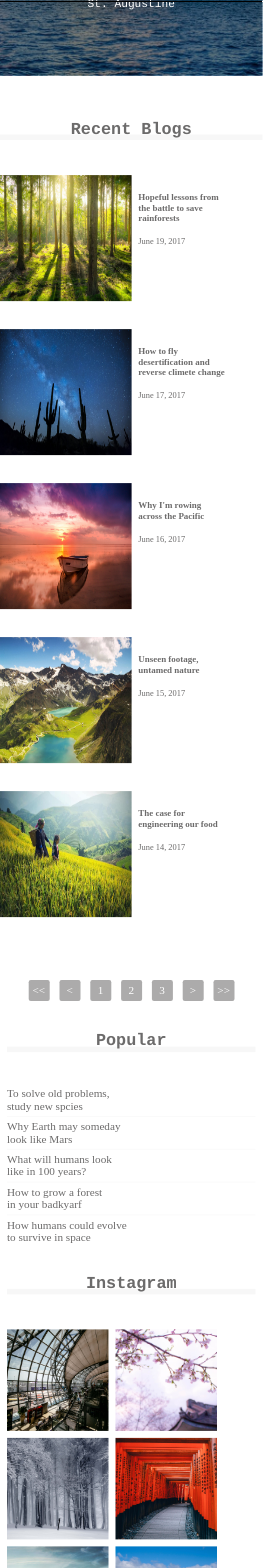
Repository: tkikokiko/webcamp-practice
Page: caravan/index.html
The author's editor kept a record of every edit. The page is drawn from the files as they stood at one moment, then again after the next edit.
The browser window is 375 px wide. The pictures show the part of the page from y = 363 to 2603 px (the page is 3282 px tall before and 3292 px after), at 70% of full size.
Some web libraries are served in a nearby version.

Above is the page before.

### caravan/index.html

<!DOCTYPE html>
<html lang="ja">
  <head>
    <meta charset="UTF-8" />
    <meta name="viewport" content="width=device-width,initial-scale=1.0">
    <script src="https://kit.fontawesome.com/1608ab2236.js" crossorigin="anonymous"></script>
    <link rel="stylesheet" href="style.css" />
    <title>CARAVAN</title>
  </head>

  <body>

    <header>
      <h1 class="heading">
        <a href="index.html">
          CARAVAN
        </a>
      </h1>

      <div class="social">
        <i class="fab fa-facebook-square"></i>
        <i class="fab fa-twitter-square"></i>
        <i class="fab fa-instagram"></i>
      </div>
    </header>

    <nav>
      <ul class="nav-list">
        <li class="nav-list-item">
          <a href="index.html">Home</a>
        </li>
        <li class="nav-list-item">About</li>
        <li class="nav-list-item">Topic</li>
      </ul>
    </nav>

    <div class="main-visual">
      <div class="main-visual-content">
        <p class="main-visual-text">
          The world is a book <br />
          and those who do not travel <br />
          read only one page.
        </p>
        <p class="main-visual-name">
          St. Augustine
        </p>
      </div>
    </div>

    <main>
      <section class="blog">
        <h2 class="blog-heading">Recent Blogs</h2>
        <div class="blog-box">
          <div class="blog-item">
            <img class="blog-image" src="img/forest.jpg">
            <section class="blog-text">
              <h3 class="blog-text-heading">
                <a href="single.html">
                  Hopeful lessons from <br>
                  the battle to save <br>
                  rainforests
                </a>
              </h3>
              <p class="blog-date">June 19, 2017</p>
              <span class="category">Nature</span>
            </section>
          </div>

          <div class="blog-item">
            <img class="blog-image" src="img/desert.jpg">
            <section class="blog-text">
              <h3 class="blog-text-heading">
                <a href="single.html">
                  How to fly <br>
                  desertification and <br>
                  reverse climete change
                </a>
              </h3>
              <p class="blog-date">June 17, 2017</p>
              <span class="category">Nature</span>
            </section>
          </div>

          <div class="blog-item">
            <img class="blog-image" src="img/sunset.jpg">
            <section class="blog-text">
              <h3 class="blog-text-heading">
                <a href="single.html">
                  Why I'm rowing <br>
                  across the Pacific
                </a>
              </h3>
              <p class="blog-date">June 16, 2017</p>
              <span class="category">Adventure</span>
            </section>
          </div>

          <div class="blog-item">
            <img class="blog-image" src="img/italy.jpg">
            <section class="blog-text">
              <h3 class="blog-text-heading">
                <a href="single.html">
                  Unseen footage, <br>
                  untamed nature
                </a>
              </h3>
              <p class="blog-date">June 15, 2017</p>
              <span class="category">Nature</span>
            </section>
          </div>

          <div class="blog-item">
            <img class="blog-image" src="img/asia.jpg">
            <section class="blog-text">
              <h3 class="blog-text-heading">
                <a href="single.html">
                  The case for <br>
                  engineering our food
                </a>
              </h3>
              <p class="blog-date">June 14, 2017</p>
              <span class="category">Culture</span>
            </section>
          </div>
        </div>

        <div class="pagination">
          <p><<</p>
          <p><</p>
          <p>1</p>
          <p>2</p>
          <p>3</p>
          <p>></p>
          <p>>></p>
        </div>
      </section>

      <div class="sidebar">
        <section class="popular">
          <h2 class="sidebar-heading common-heading">Popular</h2>
          <div class="sidebar-contents">
            <p class="popular-text">To solve old problems, <br>study new spcies</p>
            <p class="popular-text">Why Earth may someday <br>look like Mars</p>
            <p class="popular-text">What will humans look <br>like in 100 years?</p>
            <p class="popular-text">How to grow a forest <br>in your badkyarf</p>
            <p class="popular-text">How humans could evolve <br>to survive in space</p>
          </div>
        </section>

        <section class="instagram">
          <h2 class="instagram-heading common-heading">Instagram</h2>
          <div class="sidebar-contents">
            <div class="instagram-box"></div>
            <div class="instagram-box"></div>
            <div class="instagram-box"></div>
            <div class="instagram-box"></div>
            <div class="instagram-box"></div>
            <div class="instagram-box"></div>
          </div>
        </section>
        <section class="categories">
          <h2 class="categories-heading common-heading">Categories</h2>
          <div class="sidebar-contents">
            <p class="categories-text">Technology(15)</p>
            <p class="categories-text">Business(23)</p>
            <p class="categories-text">Entertainment(12)</p>
            <p class="categories-text">Nature(32)</p>
            <p class="categories-text">Education(9)</p>
            <p class="categories-text">Adventure(23)</p>
            <p class="categories-text">Communication(14)</p>
          </div>
        </section>
      </div>
    </main>

    <footer>
      <p class="footer-text">© All rights reserved by Infratop.Inc.</p>
    </footer>

  </body>

</html>

### caravan/style.css
/*ブラウザがそれぞれ持っているCSSをリセットするための記述*/
* {
  margin: 0;
  padding: 0;
  box-sizing: border-box;
  color: #6c6b6b;
}

a {
  text-decoration: none;
}

header, nav, h2, .main-visual, footer {
  font-family: Chalkduster, "Bradley Hand", Courier, "Segoe Print", sans-serif;
}

header {
  width: 90%;
  padding: 15px 0;
  margin: 0 auto;
  text-align: center;
  position: relative;
}

.social {
  position: absolute;
  top: 22px;
  right: 22px;
}

.social i {
  display: inline-block;
  margin-left: 20px;
}

header .heading {
  font-size: 32px;
}

.nav-list {
  text-align: center;
  padding :10px 0;
  margin: 0 auto;
}

.nav-list-item {
  list-style: none;
  display: inline-block;
  margin: 0 20px;
}

.main-visual {
  width: 100%;
  height: 300px;
  /*background-color: orange;*/
  background-image: url(img/mv.jpg);
  background-size: cover;
  background-position: center;
}

.main-visual-content {
  /*width: 350px;*/
  width: 40%;
  height: 300px;
  background-color: rgba( 0, 0, 0, 0.5);
  text-align: center;
  padding-top: 105px;
}

.main-visual-text {
  color: #fff;
}

.main-visual-name {
  margin-top: 30px;
  color: #fff;
}


main {
  width: 800px;
  /*height: 1400px;*/
  /*background-color: green;*/
  display: flex;
  justify-content: center;
  margin: 0 auto;
  padding: 70px 0;
}

.blog {
  width: 540px;
  margin-right: 30px;
  /*height: 1400px;*/
  /*background-color: limegreen;*/
}

.blog-heading {
  border-bottom: 8px solid #f7f7f7;
  text-align: center;
  line-height: 0.6;
}

.blog-box {
  padding-top: 50px;
}

.blog-item {
  padding-bottom: 20px;
  margin-bottom: 20px;
  border-bottom: 1px;
  display: flex;
  justify-content: flex-start;
}

.blog-image {
  height: 180px;
}

.blog-text {
  padding: 25px 0 0 30px;
  /*padding-top: 25px;*/
  /*padding-left: 30px;*/
}

.blog-text-heading {
  padding-bottom: 15px;
}

.blog-date {
  font-size: 12px;
  display: inline-block;
}

.category {
  display: inline-block;
  padding: 5px 8px;
  background-color: #acabab;
  border-radius: 3px;
  color: #fff;
  font-size: 11px;
}

.pagination {
  text-align: center;
  padding-top: 50px;
}
.pagination p {
  display: inline-block;
  width: 30px;
  height: 30px;
  margin: 0 5px;
  color: #fff;
  background-color: #acabab;
  border-radius: 3px;
  line-height: 30px;
}

.sidebar {
  width: 230px;
  /*height: 1400px;*/
  /*background-color: palegreen;*/
}

.common-heading {
  border-bottom: 8px solid #f7f7f7;
  text-align: center;
  line-height: 0.6;
}

.sidebar-contents {
  padding: 50px 0;
}

.popular-text,
.categories-text {
  padding-bottom: 5px;
  border-bottom:1px solid #f7f7f7;
  margin-bottom: 5px;
}

.popular-text:last-child,
.categories-text:last-child {
  margin: 0;
  padding: 0;
  border: none;
}

.instagram .sidebar-contents {
  display: flex;
  flex-wrap: wrap;
}

.instagram-box {
  width: 110px;
  padding-top: 110px;
  background-size: cover;
  background-position: center;
  margin-bottom: 10px;
}

.instagram-box:nth-child(odd) {
  margin-right: 10px;
}

.instagram-box:nth-child(1) {
  background-image: url(img/airport.jpg);
}
.instagram-box:nth-child(2) {
  background-image: url(img/japan.jpg);
}
.instagram-box:nth-child(3) {
  background-image: url(img/snow.jpg);
}
.instagram-box:nth-child(4) {
  background-image: url(img/japan2.jpg);
}
.instagram-box:nth-child(5) {
  background-image: url(img/lake.jpg);
}
.instagram-box:nth-child(6) {
  background-image: url(img/road.jpg);
}

footer {
  width: 100%;
  height: 120px;
  text-align: center;
  line-height: 120px;
  background-color: #848282;
}

.footer-text {
  color: #fff;
}


@media screen and (max-width:425px) {
  .social i {
    display: none;
  }

  .nav-list-item {
    display: block;
    margin-bottom: 10px;
  }

  .main-visual-content {
    width: 100%;
  }

  main {
    display: block;
    width: 100%;
  }

  .blog {
    width: 100%;
  }

  .blog-image {
    width: 50%;
  }

  .blog-text {
    padding-left: 10px;
  }

  .blog-text-heading {
    font-size: 80%;
  }

  .category {
    display: none;
  }

  .sidebar {
  width: 100%;
  padding: 50px 10px 0 10px;
  }

  .instagram-box {
    width: 145px;
    height: 145px;
  }

  .footer-text{
    font-size: 12px;
  }

}

After the next edit:
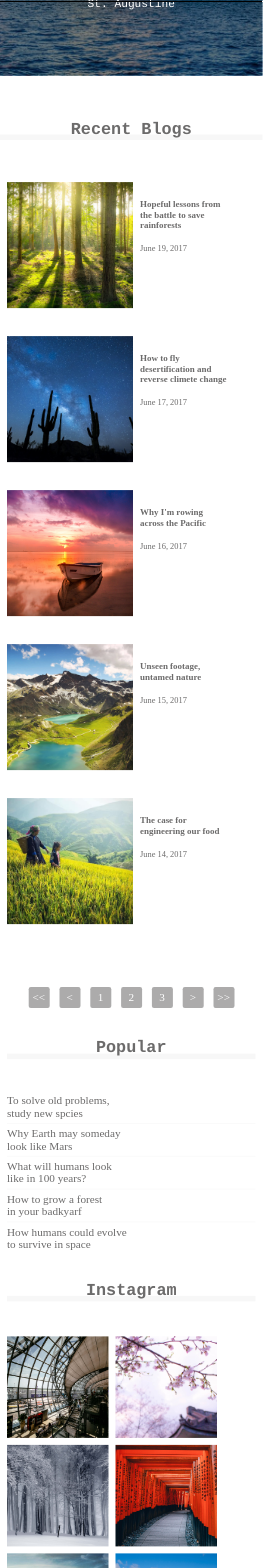
The edit:
--- a/caravan/style.css
+++ b/caravan/style.css
@@ -257,8 +257,13 @@
     width: 100%;
   }
 
+  .blog-box {
+    margin: 10px;
+  }
+
   .blog-image {
-    width: 50%;
+    width: 180px;
+    object-fit: cover;
   }
 
   .blog-text {
